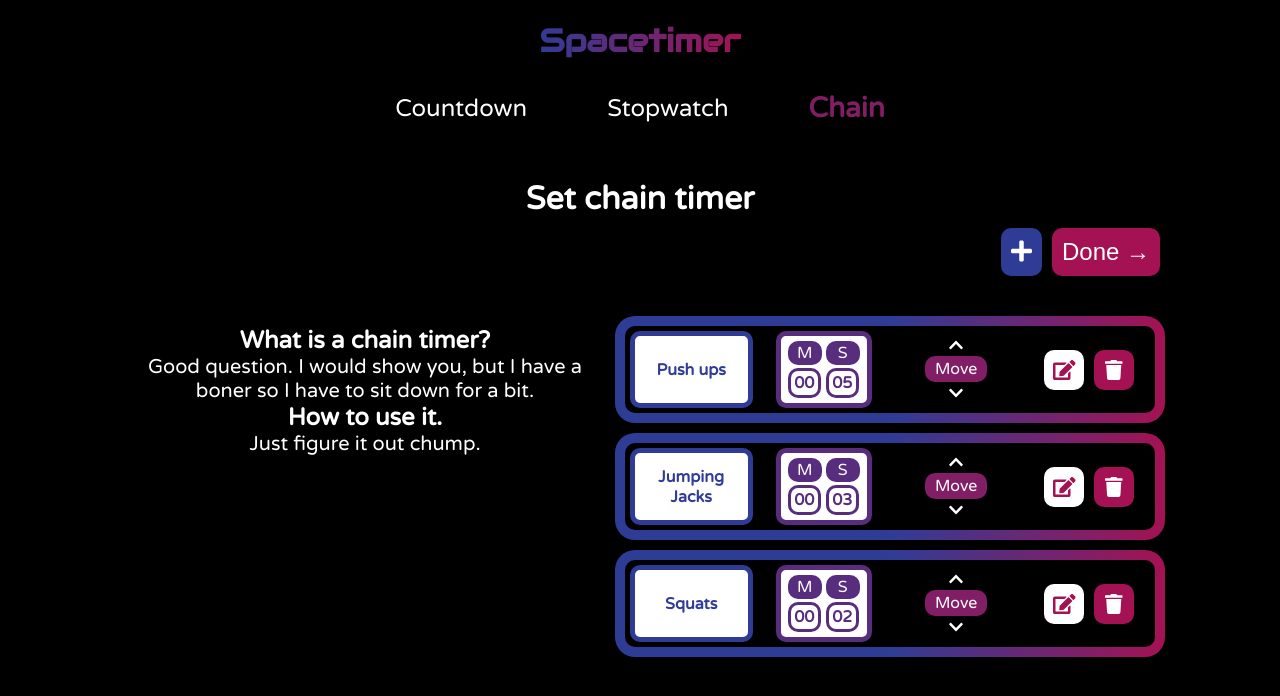
Repository: JohnKrige/space-timer2
Page: /timer-chain
An editor plug-in stored every save of this project. The page is shown before and after the next save, followed by the edit.
The browser window is 1280 px wide. The pictures show the whole page.
The project was rebuilt for these pictures with package versions that can differ from the ones it lists, and the page was loaded fresh each time. Also part of the build but not shown: src/components/Timer/styles.js, src/components/Timer/TimerDisplay.js, src/components/Stopwatch/Stopwatch.js, src/components/ChainTimer/ChainTimerItem.js, src/components/SetTimerModal/transition-styles.css, src/components/Timer/Repeater.js, src/components/CountdownTimer/countdownTimerStyles.js, src/components/CountdownTimer/CountdownTimer.js. Imported but missing from the stored project, and not drawn on this page: src/components/CountdownTimer/beep.flac, src/components/CountdownTimer/timersound1.wav.

Above is the page before, as saved 2021-11-21 11:05:52.

### public/index.html
<!DOCTYPE html>
<html lang="en">
  <head>
    <meta charset="utf-8" />
    <link rel="icon" href="%PUBLIC_URL%/favicon.ico" />
    <meta name="viewport" content="width=device-width, initial-scale=1" />
    <meta name="theme-color" content="#000000" />
    <meta
      name="description"
      content="Web site created using create-react-app"
    />

    <title>Space Timer 69</title>
  </head>
  <body>
    <div id="root"></div>
  </body>
</html>

### src/App.js
import {
  BrowserRouter as Router,
  Route,
  Redirect,
  Switch
} from 'react-router-dom';

import Stopwatch from './components/Stopwatch/Stopwatch';
import ChainTimer from './components/ChainTimer/ChainTimer';
import Navbar from './components/Nav/Navbar';
import CountdownTimer from './components/CountdownTimer/CountdownTimer';

import './App.css';

function App() {
  return (
    <div className="App">
      <Router>
        <header className="App-header">
          <h1 className="logo">Spacetimer</h1>
          <Navbar />
        </header>
          <Switch>
            <Route path="/countdown-timer">
              <CountdownTimer />
            </Route>
            <Route path="/stopwatch">
              <Stopwatch />
            </Route>
            <Route path="/timer-chain">
              <ChainTimer />
            </Route>
            <Redirect to="/countdown-timer" />
          </Switch>
      </Router>
    </div>
  );
};

export default App;

### src/components/Nav/Navbar.js

import { NavLink } from 'react-router-dom';
import { useLocation } from 'react-router';

import { NavItem, NavList } from './styles';

const routes = [
    {
        name: "Countdown",
        ext: "/countdown-timer",
    },
    {
        name: "Stopwatch",
        ext: "/stopwatch",
    },
    {
        name: "Chain",
        ext: "/timer-chain",
    },
 ];

const Navbar = () => {
    const location = useLocation();

    const path = location.pathname;

    const navItems = routes.map((item) => {
        const selected = item.ext === path;

        return (
            <NavItem selected={selected} key={item.name}>
                <NavLink to={`${item.ext}`}>
                    <div style={{display: 'inline-block'}}>{item.name}</div>
                </NavLink>
            </NavItem>
        );
    });

    return (
        <NavList style={{display: 'flex', justifyContent: 'center'}}>
            {navItems}
        </NavList>
    );
};

export default Navbar;

### src/App.css
@import url('https://fonts.googleapis.com/css2?family=Audiowide&display=swap');
@import url('https://fonts.googleapis.com/css2?family=Varela+Round&display=swap');

* {
  padding: 0;
  margin: 0;
  text-decoration: none;
  list-style: none;
}

html {
  background-color: black;
  font-size: 20px;
}

body {
  min-height: 100vh;
  font-family: 'Varela Round', sans-serif;
}

.App {
  text-align: center;
  background-color: black;
  padding: 0;
  margin: 0 auto;
  min-height: 100vh;
  display: flex;
  flex-direction: column;
}

.App-header {
  padding-top: 20px;
}

.logo {
  display: inline;
  padding: 0 5px;
  font-family: 'Audiowide', cursive;
  font-size: 32px;
  background: #2f3c96;
  background: -webkit-linear-gradient(to right, #2f3c96 0%, #a41253 100%);
  background: -moz-linear-gradient(to right, #2f3c96 0%, #a41253 100%);
  background: linear-gradient(to right, #2f3c96 0%, #a41253 100%);
  -webkit-background-clip: text;
  -webkit-text-fill-color: transparent;

  @media (min-width) {
    font-size: 64px;
  }
}

.PageTitle {
  text-align: center;
  font-size: 32px;

  @media (min-width) {
    color: #821e66;
  }

}

### src/pages/Timer/TimerPage.js
import styled from 'styled-components';

 const TimerPageStyle = styled.div`
    display: flex;
    flex-direction: column;
    align-items: ${props => props.align || "center"};
    justify-content: ${props => props.justify || "center"};
    flex-grow: 1;
    margin-top: 20px;

    @media (min-width: 1024px) {
        margin-top: 40px;
    }
`;

const TimerPage = ({align, justify, children}) => {
    return (
        <TimerPageStyle justify={justify} align={align}>
            {children}
        </TimerPageStyle>
    )
}

export default TimerPage;

### src/helpers/getHMS.js
export const getHMS = (totalTime) => {
    const h = Math.floor(totalTime / 3600000);
    const m = Math.floor((totalTime - 3600000 * h) / 60000);
    const s = Math.floor((totalTime - (3600000 * h) - 60000 * m) / 1000);

    return [h, m, s];
}

### src/components/Button/Button.js
import { ButtonContainer } from './styles';

const Button = (props) => {
    return (
        <ButtonContainer onClick={props.onClick} color={props.color} rounded={props.rounded}>
            {props.children}
        </ButtonContainer>
    )
};

export default Button;

### src/components/ChainTimer/chainTimerStyles.js
import styled from 'styled-components';

export const ChainItemContainer = styled.div`
    // border: ${props => props.isActive ? '10px solid white' : ' '};
    width: 550px;
    margin: 10px 0;
    border-radius: 20px;
    padding: 10px;
    background: rgb(47,60,150);
    background: linear-gradient(90deg, rgba(47, 60, 150, 1) 50%, rgba(164, 18, 83, 1) 100%);
    box-sizing: border-box;
    font-size: 16px;

    svg {
        cursor: pointer;
    }
`;

export const ChainItemBackground = styled.div`
    height: 100%;
    background-color: rgba(0, 0, 0, 1);
    display: grid;
    column-gap: 10px;
    grid-template-columns: repeat(4, 1fr);
    justify-items: center;
    align-items: center;
    border-radius: 10px;
    padding: 5px;
`;


export const TimeDisplayContainer = styled.div`
    display: flex;
    background-color: white;
    border: 5px solid #592d7e;
    padding: 5px;
    border-radius: 10px;
`;

export const TimeDisplay = styled.div`
    background-color: white;
    border-radius: 10px;
    border: 3px solid #592d7e;
    margin: 3px 3px 0 2px;
    color: #592d7e !important;
    padding: 2px;
    font-weight: bold;
    text-align: center;
`;

export const ButtonsBar = styled.div`
    margin: 10px 0 30px 0;
    display: flex;
    justify-content: ${props => props.justify || 'center'};
    align-items: 'center';
`;

export const TimeDisplayLabel = styled.div`
    background-color: #592d7e;
    border-radius: 10px;
    padding: 2px;
    width: 30px;
    margin: 0 2px 0 2px;
    display: inline-block;
`;

export const MoveLabel = styled.div`
    background-color: #821e66;
    padding: 3px 10px;
    border-radius: 10px;
    margin-bottom: 2px;
`;

export const NameLabel = styled.div`
    background-color: white;
    color: rgba(47,60,150,1);
    width: 100%;
    height: 100%;
    box-sizing: border-box;
    padding: 5px;
    border: 5px solid rgba(47,60,150,1);
    font-weight: bold;
    border-radius: 10px;
    display: flex;
    justify-content: center;
    align-items: center;
`;

export const ChainItemButtons = styled.div`
    display: flex;
`;

export const ChainItemButton = styled.button`
    border: none;
    background-color: ${props => props.colorInvert ? 'white' : '#a41253'};
    width: 40px;
    height: 40px;
    color: ${props => props.colorInvert ? '#a41253' : 'white'};
    border-radius: 10px;
    font-size: 20px;
    cursor: pointer;display: flex;
    justify-content: center;
    align-items: center;
    margin: 0 5px;
`;

export const ItemName = styled.div`
    display: flex;
    align-items: center;
    justify-content: center;
`;

export const TimeDisplayMain = styled.div`
    display: flex;
`;

export const TimeDisplaySection = styled.div`
    display: flex;
    flex-direction: column;
    margin: 30px 10px;
    border: 3px solid white;
    padding-bottom: 20px;
    border-radius: 10px;
    overflow: hidden;
`;

export const ItemNameTitle = styled.div`
    font-size: 72px;
`;

export const ItemNameNumber = styled.div`
    margin-right: 10px;
`;

export const ChainTimerMain = styled.div`
    display: flex;
    align-items: center;
    justify-content: center;
    flex-direction: column;
`;

export const MinutesAndSeconds = styled.div`
    font-size: 72px;
    margin-top: 20px;
`;

export const MinsAndSecsHeading = styled.div`
    padding: 10px 50px 10px 50px;
    background-color: ;
    background: rgb(47,60,150);
    background: linear-gradient(90deg, rgba(47, 60, 150, 1) 50%, rgba(164, 18, 83, 1) 100%);
`;

export const NextItem = styled.div`
    font-size: 30px;
`;

export const UpNext = styled.div`
    color: rgba(164, 18, 83, 1);
    border-radius: 10px;
    font-weight: bold;
`;

export const EditTimerContainer = styled.div
`
    display: flex;
    flex-direction: column;

    @media (min-width: 1024px) {
        flex-direction: row;
    }
`;

export const WhatIsContainer = styled.div`
    max-width: 300px;

    & h3{
        font-size: 24px;
    }

    @media (min-width: 1024px) {
        max-width: 500px;
    }
`;

### src/components/ChainTimer/EditTimerChain.js
import { useState } from 'react';

import ChainEditItem from "./ChainEditItem";
import TimerPage from '../../pages/Timer/TimerPage';
import { FontAwesomeIcon } from '@fortawesome/react-fontawesome';
import { faEdit, faPlay, faPause, faUndo, faVolumeUp, faVolumeMute, faPlus, faStepForward, faStepBackward } from '@fortawesome/free-solid-svg-icons';
import { ButtonsBar, EditTimerContainer, WhatIsContainer } from "./chainTimerStyles";
import Button from '../Button/Button';
import SetTimerModal from "../SetTimerModal/SetTimerModal";


const EditTimerChain = (props) => {
    const [ newItem, setNewItem ] = useState(false);

    const AddNewItem = (totalTime, name) => {
        setNewItem(false);
        props.addTimer(totalTime, name);
    };

    const newItemProps = {
        totalTime: 500000,
        show: newItem,
        type: "chain item",
        lessThanHour: true,
        name: "Activity name",
        onSubmit: AddNewItem,
        onClose: () => setNewItem(false),
    };

    const timersDisplay = props.timers.map((item) => {
        const isActive = item.itemIndex === props.currentTimer;
        // const timeRemaining = isActive ? item.time - props.timeElapsed : item.isDone ? 0 : item.time;

        return (
            <ChainEditItem
                key={item.itemIndex}
                name={item.name}
                time={item.time}
                index={item.itemIndex}
                isActive={isActive}
                moveUp={props.moveItemUp}
                moveDown={props.moveItemDown}
                timeRemaining={item.time}
                remove={props.removeItem}
                editItem={props.editItem}
            />
        )
    });

    return (
        <>
            <SetTimerModal {...newItemProps} />
            <div>
                <ButtonsBar justify="end" margin="20px 0">
                    <Button onClick={() => setNewItem(true)} color="blue"><FontAwesomeIcon icon={faPlus} /></Button>
                    <Button onClick={() => props.closeEdit(false)} color="red">Done →</Button>
                </ButtonsBar>
                <EditTimerContainer style={{ display: 'flex' }}>
                    <WhatIsContainer>
                        <div style={{padding: '20px', height: '100%', boxSizing: 'border-box'}}>
                            <h3>What is a chain timer?</h3>
                            <p>Good question. I would show you, but I have a boner so I have to sit down for a bit.</p>
                            <h3>How to use it.</h3>
                            <p>Just figure it out chump.</p>
                        </div>
                    </WhatIsContainer>
                    <div>
                        {timersDisplay}
                    </div>
                </EditTimerContainer>
            </div>
        </>
    )
};

export default EditTimerChain;

### src/helpers/timeDisplay.js
export const neatTimeDisplay = (time) => `${time}`.length < 2 ? `0${time}` : `${time}`;

### src/components/Nav/styles.js
import styled from 'styled-components';

export const NavItem = styled.li`
    cursor: pointer;
    font-size: 14px;
    flex: 1;
    display: flex;
    align-items: center;
    justify-content: center;


    @media (min-width: 1024px) {
        margin: 20px 40px 5px 40px;
        flex: 0;
    }

    & div {
        color: rgba(47,60,150,1);
        color: ${props => props.selected && "#821e66"} !important;
        font-size: ${props => props.selected && "16px"};
        font-weight: bold;
        text-center;

        @media (min-width: 1024px) {
            font-size: ${props => props.selected ? "28" : "24"}px;
            color: white;
            font-weight: ${props => props.selected ? "bold" : "400"} ;

        }
    }

    & div:hover {
        color: #821e66;
    }

    & a{
        font-weight: ${props => props.selected && "bold"};
        text-decoration-thickness: 4px;
    }
`;

export const NavList = styled.ul`
    display: flex;
    justify-content: space-between;
    width: 100%;
    position: fixed;
    bottom: 0;
    padding: 10px 0;
    border-radius: 20px 20px 0 0;
    border-bottom: none;
    box-sizing: border-box;
    background: rgb(251,230,245);
    background: linear-gradient(0deg, rgba(251,230,245,1) 59%, rgba(255,255,255,1) 100%);

    @media (min-width: 1024px) {
        position: static;
        background: transparent;
        justify-content: center;
    }
}`

### src/components/SetTimerModal/SetTimerModal.js
import React, { useState, useEffect } from 'react';
import { ModalContainer, ModalContent, TimeInput, TimeInputs, CloseModal, ModalBackground, NameInput, ModalTitle } from './modalStyles';
import { CSSTransition } from 'react-transition-group';

import Button from '../Button/Button';
import { getHMS } from '../../helpers/getHMS';

import { Transition } from 'react-transition-group';

import './transition-styles.css';

import { FontAwesomeIcon } from '@fortawesome/react-fontawesome'
import { faTimes } from '@fortawesome/free-solid-svg-icons'

const SetTimerModal = ({ onSubmit, totalTime, show, type = "main", repeatTime = 0, onClose, lessThanHour, name }) => {
    const [hours, setHours] = useState(0);
    const [minutes, setMinutes] = useState(0);
    const [seconds, setSeconds] = useState(0);
    const [timerName, setTimerName] = useState(name);
    const [error, setError] = useState();

    useEffect(() => {
        const timeToUse = type === "repeater" ? repeatTime : totalTime;
        const [h, m, s] = getHMS(timeToUse);
        setHours(h);
        setMinutes(m);
        setSeconds(s);
    }, []);

    const onChangeHoursHandler = (value) => {
        if (value < 0) {
            setError('Must enter positive value');
            return;
        };

        setError();
        setHours(value);
    };

    const onChangeMinutesHandler = (value) => {
        setMinutes(value);
    };

    const onChangeSecondsHandler = (value) => {
        setSeconds(value);
    };

    const submitEditTimerHandler = (event) => {
        event.preventDefault();
        const hoursMs = hours * 1000 * 60 * 60;
        const minutesMs = minutes * 1000 * 60;
        const secondsMs = seconds * 1000;

        const editTotal = hoursMs + minutesMs + secondsMs;

        const hourInMs = 1000 * 60 * 60;

        if (lessThanHour && editTotal >= hourInMs) {
            setError("Time has to be less than 60 minutes");
            return;
        };

        if (editTotal <= 0) {
            setError("Time entered has to be larger than zero");
            return;
        };

        if (type === "repeater" && editTotal >= totalTime) {
            const [h, m, s] = getHMS(editTotal);
            setError(`Repeater time can't exceed the main timer's time of: ${h}h ${m}m ${s}s`);
            return;
        };

        setError();

        if (name) {
            onSubmit(editTotal, timerName);
            return;
        };

        onSubmit(editTotal);
    };

    return (
        <>

            <CSSTransition
                in={show}
                timeout={300}
                classNames="alert"
                unmountOnExit
            >
                <ModalContainer>
            <div style={{ height: "100%" }}>
                <ModalBackground>
                    <ModalContent>
                        <CloseModal onClick={() => onClose(type)}>
                            {<FontAwesomeIcon icon={faTimes} />}
                        </CloseModal>
                        <ModalTitle>Edit {type}</ModalTitle>
                        {name &&
                            <div style={{ display: 'flex', justifyContent: 'center' }}>
                                <NameInput>
                                    <input id="name" type="text" value={timerName} onChange={(event) => setTimerName(event.target.value)} />
                                    <label htmlFor="name">Name</label>
                                </NameInput>
                            </div>
                        }
                        <TimeInputs submit={(event) => submitEditTimerHandler(event)}>
                            {!lessThanHour &&
                                <TimeInput>
                                    <input id="hours" type="number" value={hours} onChange={(event) => onChangeHoursHandler(event.target.value)} />
                                    <label htmlFor="hours">Hours</label>
                                </TimeInput>
                            }
                            <TimeInput color="purple">
                                <input id="minutes" type="number" value={minutes} onChange={(event) => onChangeMinutesHandler(event.target.value)} />
                                <label htmlFor="minutes">Minutes</label>
                            </TimeInput>
                            <TimeInput color="red">
                                <input id="seconds" type="number" value={seconds} onChange={(event) => onChangeSecondsHandler(event.target.value)} />
                                <label htmlFor="seconds">Seconds</label>
                            </TimeInput>
                        </TimeInputs>
                        <div style={{ marginBottom: "20px" }}>
                            <Button onClick={(event) => submitEditTimerHandler(event)} color="purple">Set time</Button>
                        </div>
                        {error &&
                            <p style={{ color: "red", marginTop: "20px" }}>{error}</p>
                        }
                    </ModalContent>
                </ModalBackground>
                    </div>
                </ModalContainer>
            </CSSTransition>
        </>
    );
};

export default SetTimerModal;

### src/components/Button/styles.js
import styled from 'styled-components';

export const ButtonContainer = styled.button`
    background: ${props => props.color === "blue" ? "rgb(47,60,150)" : props.color === "purple" ? "#592d7e" : props.color === "pink" ? "#821e66" : "#a41253"};
    border: none;
    color: white;
    padding: 10px;
    font-size: 24px;
    border-radius: ${props => props.rounded ? "50%" : "10px"};
    margin: 0 5px;
    cursor: pointer;
`;

### src/components/ChainTimer/ChainEditItem.js
import { useState } from 'react';
import { FontAwesomeIcon } from '@fortawesome/react-fontawesome';
import { faChevronUp, faChevronDown, faTrash, faEdit, faPeopleArrows} from '@fortawesome/free-solid-svg-icons';
import SetTimerModal from '../SetTimerModal/SetTimerModal';

import { ChainItemContainer, TimeDisplay, TimeDisplayContainer, ChainItemBackground, TimeDisplayLabel, MoveLabel, ChainItemButton, NameLabel, ChainItemButtons } from "./chainTimerStyles";

import { getHMS } from '../../helpers/getHMS';
import { neatTimeDisplay } from '../../helpers/timeDisplay';

const ChainEditItem = (props) => {
    const [showEditItem, setShowEditItem] = useState(false);
    const [h, m, s] = getHMS(props.timeRemaining);

    const editItem = (timeMs, name) => {
        setShowEditItem(false);
        props.editItem(props.index, timeMs, name);
    };

    return (
        <ChainItemContainer isActive={props.isActive}>
            <SetTimerModal onSubmit={editItem} totalTime={props.time} show={showEditItem} onClose={() => setShowEditItem(false)} type="" lessThanHour name={props.name} />
            <ChainItemBackground>
                <NameLabel>
                    <div>{props.name}</div>
                </NameLabel>
                <TimeDisplayContainer>
                    <div >
                        <div>
                            <TimeDisplayLabel>M</TimeDisplayLabel>
                        </div>
                        <TimeDisplay>{neatTimeDisplay(m)}</TimeDisplay>
                    </div>
                    <div >
                        <TimeDisplayLabel>S</TimeDisplayLabel>
                        <TimeDisplay>{neatTimeDisplay(s)}</TimeDisplay>
                    </div>
                </TimeDisplayContainer>
                <div>
                    <FontAwesomeIcon icon={faChevronUp} onClick={() => props.moveUp(props.index)} />
                    <MoveLabel>Move</MoveLabel>
                    <FontAwesomeIcon icon={faChevronDown} onClick={() => props.moveDown(props.index)} />
                </div>
                <ChainItemButtons>
                    <ChainItemButton onClick={() => setShowEditItem(true)} colorInvert><FontAwesomeIcon icon={faEdit} /></ChainItemButton>
                    <ChainItemButton onClick={() => props.remove(props.index)}><FontAwesomeIcon icon={faTrash} /></ChainItemButton>
                </ChainItemButtons>
            </ChainItemBackground>
        </ChainItemContainer>
    )
};

export default ChainEditItem;

### src/components/SetTimerModal/modalStyles.js
import styled from "styled-components";

const topOffset = 120;

export const ModalContainer = styled.div`
    width: 100vw;
    height: calc(100% - ${topOffset});
    overflow: hidden;
    background-color: black;
    position: absolute;
    top: ${topOffset}px;
    left: 0;
    display: flex;
    justify-content: center;
`;

export const ModalBackground = styled.div`
    position: relative;
    margin: 70px;
    background: rgb(47,60,150);
    background: linear-gradient(125deg, rgba(47,60,150,1) 0%, rgba(164,18,83,1) 100%);
    border-radius: 15px;
    border: 4px solid white;
    display: flex;
    flex-direction: column;
    align-items: center;
    justify-content: center;
    padding: 20px;

    @media(min-width: 1024px){
        width: 500px;
        margin-top: 100px;
    }
`;

export const ModalContent = styled.div`
    display: flex;
    flex-direction: column;
    padding: 20px 0;
    border-radius: 15px;
    background: rgba(255, 255, 255);
    border: 4px solid black;
    width: 100%;
    min-height: 100%;
    box-sizing: border-box;

    & h2 {
        font-size: 44px;
        color: #592d7e;
        //   font-family: 'Audiowide', cursive;
    }
`;

export const TimeInput = styled.div`
    max-width: 80px;
    padding: 10px;
    background-color: ${props => props.color === "red" ? "#a41253" : props.color === "purple" ? "#592d7e" : "#2f3c96"};
    border-radius: 10px;
    margin: 0px 5px;

    @media (min-width: 1024px) {
        padding: 20px;
    }

    & label {
        text-align: start;
    }

    & input {
        margin-bottom: 3px;
        border: none;
        max-width: 50px;
        border-radius: 2px;
        padding: 2px 3px;
    }
`;

export const TimeInputs = styled.form`
    display: flex;
    margin: 20px 0;
    justify-content: center;
    font-size: 14px;

    @media(min-width: 1024px) {
        font-size:
    }
`;

export const CloseModal = styled.div`
    font-size: 25px;
    display: flex;
    justify-content: center;
    align-items: center;
    width: 40px;
    height: 40px;
    background-color: white;
    border-radius: 50%;
    position: absolute;
    color: black;
    cursor: pointer;
    top: -40px;
    right : -35px;

    @media(min-width: 1024px) {
        top: -50px;
        right : -45px;
    }
`;

export const NameInput = styled.div`
    display: flex;
    align-items: center;
    flex-direction: column;
    margin: 5px;
    padding: 10px;
    background: #2f3c96;
    border-radius: 10px;

    @media(min-width: 1024px) {
        padding: 20px 40px;
        margin-top: 30px;
    }

    & label {
        margin-top: 3px;
        font-size: 20px;
    }

    & input {
        padding: 5px;
        border: none;
        border-radius: 5px;
    }
`;

export const ModalTitle = styled.div`
    font-size: 24px;
    color: #592d7e;

    @media(min-width: 1024px) {
        font-size: 32px;
        font-weight: bold;
    }
`;

Loaded but not shown: src/index.js (common file); src/index.css (common file); src/components/ChainTimer/ChainTimer.js (292 lines, source omitted)

After the next save:
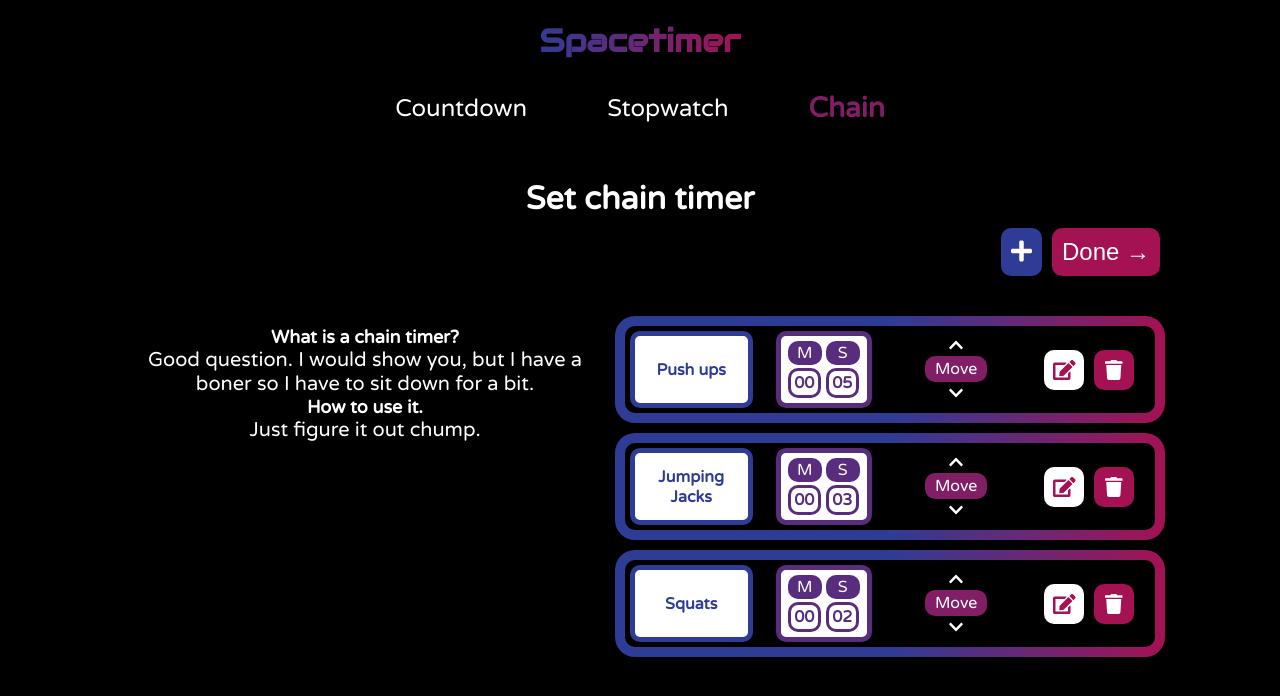
Saved 5 s later.
--- a/src/components/ChainTimer/chainTimerStyles.js
+++ b/src/components/ChainTimer/chainTimerStyles.js
@@ -175,7 +175,7 @@ export const WhatIsContainer = styled.div`
     max-width: 300px;
 
     & h3{
-        font-size: 24px;
+        font-size: 18px;
     }
 
     @media (min-width: 1024px) {
